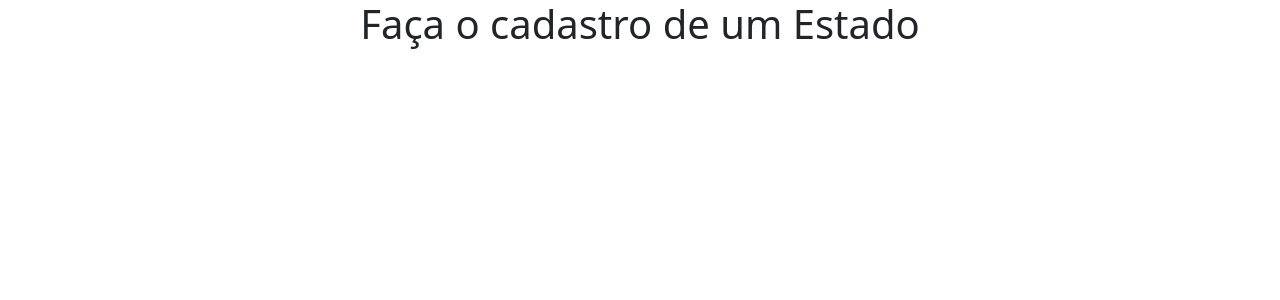
Repository: danielandradedasilva/ProjetoWebJava
Page: http://localhost/projetoweb/
These files come from the project's save history. The page is drawn as it stood at one moment and after the next save; the edit follows.
The browser window is 1280 px wide. The pictures show the whole page.
The page is served by Tomcat 9.

Above is the page before, as saved 2021-05-10 01:47:10.

After the next save:
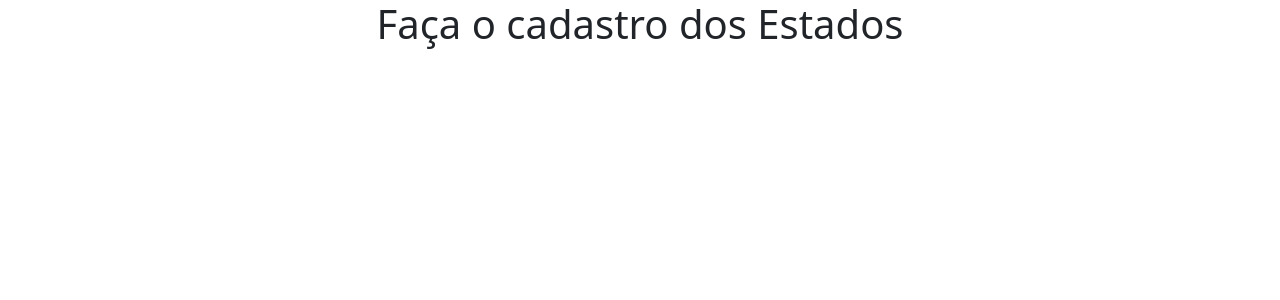
Saved 27 s later.
--- a/projetoweb/src/main/webapp/index.jsp
+++ b/projetoweb/src/main/webapp/index.jsp
@@ -15,7 +15,7 @@
 <body>
 
 	<div class="container">
-		<h1 align="center" class="mb-5">Faça o cadastro de um Estado</h1>
+		<h1 align="center" class="mb-5">Faça o cadastro dos Estados</h1>
 
 		<div class="row">
 			<div class="col"></div>
